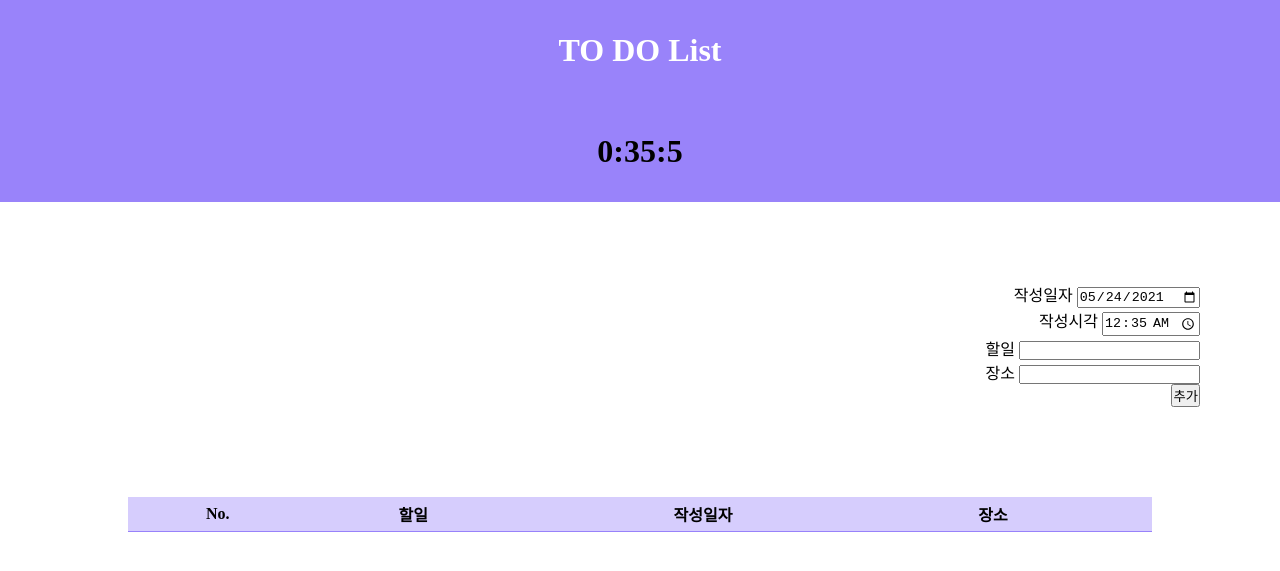
Repository: soyeon-noh/TodoList_Project
Page: http://localhost/Server_PR_TodoList/
These files come from the project's save history. The page is drawn as it stood at one moment and after the next save; the edit follows.
The browser window is 1280 px wide. The pictures show the whole page.
The page is served by Tomcat 9. Other server files are loaded and not shown. Queries for data that is not in the repository find no rows.

Above is the page before, as saved 2021-05-25 02:29:01.

### Server_PR_TodoList/src/main/webapp/WEB-INF/views/home.jsp
<%@ page language="java" contentType="text/html; charset=UTF-8"
    pageEncoding="UTF-8"%>
<%@ taglib uri="http://java.sun.com/jsp/jstl/core"
			prefix="c"%>
<c:set value="${pageContext.request.contextPath}"
		var="rootPath"/>
<!DOCTYPE html>
<html>
<head>
<meta charset="UTF-8">
<title>TODOList 메인화면</title>
<link href="${rootPath}/static/css/home.css?ver5" rel="stylesheet"/>

<style>

</style>


</head>
  <body>
  	<%@ include file="/WEB-INF/views/include_nav.jsp" %>
    <form class ="v1" method="POST">
    	<div>
    		<label for="date">작성일자</label>
    		<input name="td_date"
    				type="date" value="${TD.td_date}">
    	</div>

    	<div>
    		<label for="time">작성시각</label>
    		<input name="td_time"
    				type="time" value="${TD.td_time}">
    	</div>

    	<div>
    		<label for="todo">할일</label>
    		<input name="td_todo"
    				type="text" value="${TD.td_todo}">
    	</div>

    	<div>
    		<label for="place">장소</label>
    		<input name="td_place"
    				type="text" value="${TD.td_place}">
    	</div>
   		<button class="btn_insert">추가</button>
    </form>

    <table id="tdlist">
      <tr>
        <th>No.</th>
        <th>할일</th>
        <th>작성일자</th>
        <th>장소</th>
        <th></th>
      </tr>
      <c:forEach items="${TDLIST}" var="TD" varStatus="i">
        <tr>
          <td>${i.count}</td>
          <td>${TD.td_todo}</td>
          <td>${TD.td_date}</td>
          <td>${TD.td_place}</td>
          <td><button class="btn_update" data-seq="${TD.td_seq}" type="button">
          		수정</button>
          		<button class="btn_delete" data-seq="${TD.td_seq}" type="button">
          		삭제</button></td>
        </tr>
      </c:forEach>
    </table>
  </body>

  <script>
  // html 코드가 다 화면에 뜨고 나서 실행하라는 명렁
  // 아래 한 줄의 코드가 있어야 어디든디 script를 넣을 수 있다.
	document.addEventListener("DOMContentLoaded",function(){
		document.querySelector("table#tdlist")
		.addEventListener("click", function(ev){
			let className = ev.target.className

			if(className == "btn_delete"){

				let seq = ev.target.dataset.seq
				alert(seq + " 삭제가 완료되었습니다.");

				document
				.location
				.replace( "${rootPath}" +
						"/UD/delete?td_seq="
						+ seq )

			} else if(className == "btn_update"){

				let seq = ev.target.dataset.seq;

				document
				.location
				.href= "${rootPath}" +
						"/UD/update?td_seq="
						+ seq
			}

		})
	})
  </script>

</html>

### Server_PR_TodoList/src/main/webapp/WEB-INF/views/include_nav.jsp
<%@ page language="java" contentType="text/html; charset=UTF-8"
    pageEncoding="UTF-8"%>

<style>
	* {
		margin: 0;
		padding: 0;
		box-sizing: border-box;
	}

    h1.clock {
        color: black;
        text-align: center;
        background-color: rgba(153, 131, 250, 20);
        padding: 2rem;
    }

</style>
<h1>TO DO List</h1>
<h2 class="date"></h2>
<h1 class="clock"></h1>
<script>
	let date = document.querySelector(".date");

    function getDate(){
        const time = new Date();
        const year = time.getUTCFullYear();
        const month = time.getUTCMonth();
        const day = time.getUTCDay();
        date.textContent = year + "-" + month + "-" + day;
    }



	let clock = document.querySelector(".clock");

	function getTime() {
		  const time = new Date();
		  const hour = time.getHours();
		  const minutes = time.getMinutes();
		  const seconds = time.getSeconds();
		  clock.textContent = hour + ":" + minutes + ":" + seconds;


	}

	function init() {
	  setInterval(getTime, 1000);
	}

	init();
</script>

### Server_PR_TodoList/src/main/java/com/callor/todo/controller/HomeController.java
package com.callor.todo.controller;

import java.io.IOException;
import java.text.SimpleDateFormat;
import java.util.Date;
import java.util.List;

import javax.servlet.ServletException;
import javax.servlet.annotation.WebServlet;
import javax.servlet.http.HttpServlet;
import javax.servlet.http.HttpServletRequest;
import javax.servlet.http.HttpServletResponse;

import com.callor.todo.model.TodoListVO;
import com.callor.todo.service.TodoService;
import com.callor.todo.service.impl.TodoServiceImplV1;

@WebServlet("/")
public class HomeController extends HttpServlet{

	protected TodoService tdService;
	public HomeController() {
		tdService = new TodoServiceImplV1();
	}
	@Override
	protected void doGet(HttpServletRequest req, HttpServletResponse resp) throws ServletException, IOException {
		// TODO selectAll()
		List<TodoListVO> tdList = tdService.selectAll();
		req.setAttribute("TDLIST", tdList);

		// TODO insert()
		TodoListVO tdVO = new TodoListVO();

		// SimpleDateFormat : 날짜 및 시간을 형식화하고 구문 분석하는 메소드 제공
		SimpleDateFormat sd = new SimpleDateFormat("yyyy-MM-dd");
		SimpleDateFormat st = new SimpleDateFormat("HH:mm:ss");

		// 현재시간을 저장
		Date date = new Date(System.currentTimeMillis());

		// 현재 시간을 변환해 VO에 넣어준다
		tdVO.setTd_seq(0L);
		tdVO.setTd_date(sd.format(date));
		tdVO.setTd_time(st.format(date));

		req.setAttribute("TD", tdVO);

		// home.jsp 화면을 보여줘라
		RequestController.reqController(req, resp, "home");
	}
	@Override
	protected void doPost(HttpServletRequest req, HttpServletResponse resp) throws ServletException, IOException {
		// TODO insert()

		// 한글 인코딩 세팅
		req.setCharacterEncoding("UTF-8");

		// user가 입력한 data 확인
		String td_date = req.getParameter("td_date");
		String td_time = req.getParameter("td_time");
		String td_todo = req.getParameter("td_todo");
		String td_place = req.getParameter("td_place");

		TodoListVO tdVO = new TodoListVO();
		tdVO.setTd_date(td_date);
		tdVO.setTd_time(td_time);
		tdVO.setTd_todo(td_todo);
		tdVO.setTd_place(td_place);

		tdService.insert(tdVO);

		System.out.println("insert : " + tdVO);

		resp.sendRedirect("/todo");
	}

}

### Server_PR_TodoList/src/main/java/com/callor/todo/service/impl/TodoServiceImplV1.java
package com.callor.todo.service.impl;

import java.sql.Connection;
import java.sql.PreparedStatement;
import java.sql.ResultSet;
import java.sql.SQLException;
import java.util.ArrayList;
import java.util.List;

import com.callor.todo.config.DbInfo;
import com.callor.todo.config.MySQLConnection;
import com.callor.todo.model.TodoListVO;
import com.callor.todo.service.TodoService;

public class TodoServiceImplV1 implements TodoService{

	// 먼저 db와 연결
	protected Connection dbConn;

	public TodoServiceImplV1() {
		dbConn = MySQLConnection.getDBConnection();
	}


	protected List<TodoListVO> select(PreparedStatement pStr) throws SQLException{
		// TODO DB로부터 데이터를 받아와 List에 저장
		List<TodoListVO> tdList = new ArrayList<TodoListVO>();

		ResultSet rSet = pStr.executeQuery();
		while(rSet.next()) {
			TodoListVO tdVO = new TodoListVO();
			tdVO.setTd_seq(rSet.getLong(DbInfo.td_seq));
			tdVO.setTd_date(rSet.getString(DbInfo.td_date));
			tdVO.setTd_time(rSet.getString(DbInfo.td_time));
			tdVO.setTd_todo(rSet.getString(DbInfo.td_todo));
			tdVO.setTd_place(rSet.getString(DbInfo.td_place));
			tdList.add(tdVO);
		}

		// 데이터 확인
		System.out.println("select : " + tdList.toString());
		return tdList;
	}

	@Override
	public List<TodoListVO> selectAll() {
		// TODO List 전체 데이터 조회

		String sql = " SELECT * FROM tbl_todo_list ";
		sql += " ORDER BY td_date DESC, td_time DESC ";

		PreparedStatement pStr = null;

		try {
			pStr = dbConn.prepareStatement(sql);
			List<TodoListVO> tdList = this.select(pStr);
			pStr.close();

			System.out.println("selectAll : " + tdList.toString());
			return tdList;
		} catch (SQLException e) {
			// TODO Auto-generated catch block
			e.printStackTrace();
		}
		return null;
	}

	@Override
	public TodoListVO findById(Long seq) {
		// TODO 일련번호로 조회
		String sql = " SELECT * FROM tbl_todo_list ";
		sql += " WHERE td_seq = ? ";

		PreparedStatement pStr = null;

		try {
			pStr = dbConn.prepareStatement(sql);
			pStr.setLong(1, seq);

			List<TodoListVO> tdList = this.select(pStr);

			pStr.close();

			if(tdList != null && tdList.size() > 0) {
				return tdList.get(0);
			}


		} catch (SQLException e) {
			// TODO Auto-generated catch block
			e.printStackTrace();
		}
		return null;
	}

	@Override
	public List<TodoListVO> findByDate(String td_date) {
		// TODO 날짜로 조회
		String sql = " SELECT * FROM tbl_todo_list ";
		sql += " WHERE td_date = ? ";

		PreparedStatement pStr = null;

		try {
			pStr = dbConn.prepareStatement(sql);
			pStr.setString(1, td_date);

			List<TodoListVO> tdList = this.select(pStr);

			pStr.close();
			return tdList;

		} catch (SQLException e) {
			// TODO Auto-generated catch block
			e.printStackTrace();
		}
		return null;
	}

	@Override
	public List<TodoListVO> findByTodo(String td_todo) {
		// TODO 할일내용으로 조회
		return null;
	}

	@Override
	public List<TodoListVO> findByPlace(String td_place) {
		// TODO 장소로 조회
		return null;
	}

	@Override
	public Integer insert(TodoListVO tdVO) {
		// TODO 데이터 추가

		String sql = " INSERT INTO tbl_todo_list ";
		sql += " ( ";
		sql += " td_date, ";
		sql += " td_time, ";
		sql += " td_todo, ";
		sql += " td_place) ";
		sql += " VALUES( ?,?,?,? ) ";


		// SQL 구문을 실행시키는 객체
		PreparedStatement pStr = null;

		try {
			pStr = dbConn.prepareStatement(sql);
			pStr.setString(1, tdVO.getTd_date());
			pStr.setString(2, tdVO.getTd_time());
			pStr.setString(3, tdVO.getTd_todo());
			pStr.setString(4, tdVO.getTd_place());

			return pStr.executeUpdate();

		} catch (SQLException e) {
			// TODO Auto-generated catch block
			e.printStackTrace();
		}
		return null;
	}


	@Override
	public Integer update(TodoListVO tdVO) {
		// TODO 데이터 업데이트
		String sql = " UPDATE tbl_todo_list SET ";
		sql += " td_date = ?, ";
		sql += " td_time = ?, ";
		sql += " td_todo = ?, ";
		sql += " td_place = ? ";

		sql += " WHERE td_seq = ? ";

		PreparedStatement pStr = null;

		try {
			pStr = dbConn.prepareStatement(sql);
			pStr.setString(1, tdVO.getTd_date());
			pStr.setString(2, tdVO.getTd_time());
			pStr.setString(3, tdVO.getTd_todo());
			pStr.setString(4, tdVO.getTd_place());

			pStr.setLong(5, tdVO.getTd_seq());
			return pStr.executeUpdate();

		} catch (SQLException e) {
			// TODO Auto-generated catch block
			e.printStackTrace();
		}

		return null;
	}

	@Override
	public Integer delete(Long seq) {
		// TODO 데이터 삭제

		String sql = " DELETE FROM tbl_todo_list ";
		sql += "WHERE td_seq = ?";

		PreparedStatement pStr = null;

		try {
			pStr = dbConn.prepareStatement(sql);
			pStr.setLong(1, seq);
			return pStr.executeUpdate();

		} catch (SQLException e) {
			// TODO Auto-generated catch block
			e.printStackTrace();
		}
		return null;
	}
}

### Server_PR_TodoList/src/main/java/com/callor/todo/config/MySQLConnection.java
package com.callor.todo.config;

import java.sql.Connection;
import java.sql.DriverManager;
import java.sql.SQLException;

public class MySQLConnection {

	private static Connection dbConn;

	static {

		String jdbcDriver = "com.mysql.cj.jdbc.Driver";
		String url = "jdbc:mysql://localhost:3306/todolist";
		String username = "tdUser";
		String password = "12345";

		try {
			Class.forName(jdbcDriver);
			if(dbConn == null) {
				dbConn = DriverManager.getConnection(url, username, password);
			}
			System.out.println("MySQL 접속 성공!!");
		} catch (ClassNotFoundException e) {
			System.out.println("MySQL Driver 를 찾을 수 없음");
		} catch (SQLException e) {
			System.out.println("MySQL DBMS 연결 실패");
		}
	}

	public static Connection getDBConnection() {
		return dbConn;
	}

}

### Server_PR_TodoList/src/main/java/com/callor/todo/model/TodoListVO.java
package com.callor.todo.model;

import lombok.AllArgsConstructor;
import lombok.Getter;
import lombok.NoArgsConstructor;
import lombok.Setter;
import lombok.ToString;

@Getter
@Setter
@ToString
@NoArgsConstructor
@AllArgsConstructor
public class TodoListVO {

	private Long td_seq;	//BIGINT
    private String td_date;	//VARCHAR(20)
    private String td_time;	//VARCHAR(20)
	private String td_todo;	//VARCHAR(200)
    private String td_place;	//VARCHAR(125)
}

### Server_PR_TodoList/src/main/java/com/callor/todo/controller/RequestController.java
package com.callor.todo.controller;

import java.io.IOException;

import javax.servlet.ServletException;
import javax.servlet.http.HttpServlet;
import javax.servlet.http.HttpServletRequest;
import javax.servlet.http.HttpServletResponse;

public class RequestController extends HttpServlet{

	public static void reqController (HttpServletRequest req,
			HttpServletResponse resp, String file) throws ServletException, IOException {

		String root = "/WEB-INF/views/" + file + ".jsp";

		req.getRequestDispatcher(root)
		.forward(req, resp);


	}

}

### Server_PR_TodoList/src/main/webapp/static/css/home.css
@charset "UTF-8";

/* 여백 초기화 */
* {
	margin: 0;
	padding: 0;
	box-sizing: border-box;
}

h1 {
	color: white;
	text-align: center;
	background-color: rgba(153,131,250,1);
	padding: 2rem;

}

form.v1 {
	text-align: right;
	padding: 5rem;

}

table {
	border-collapse: collapse;
	width: 80%;
	margin: 10px auto;
}

td, th {
	border-bottom: 1px solid #9882FA;
	padding: 5px;
	text-align: center;
}

th {
	background-color: rgba(153,131,250,0.4);
}

After the next save:
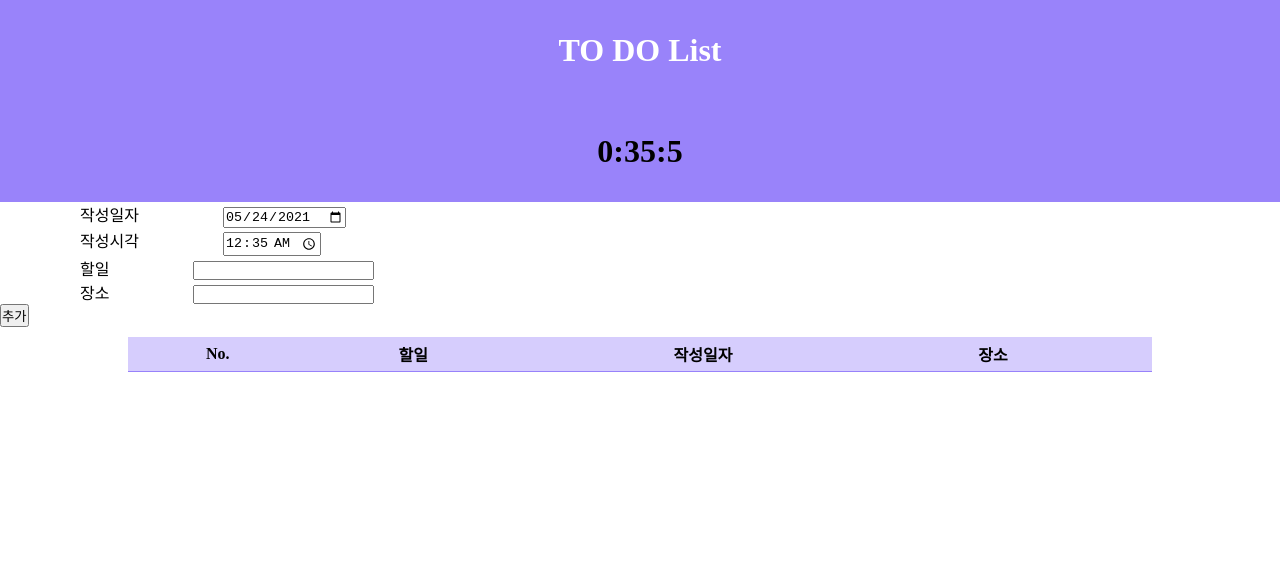
Saved 43 s later.
--- a/Server_PR_TodoList/src/main/webapp/static/css/home.css
+++ b/Server_PR_TodoList/src/main/webapp/static/css/home.css
@@ -15,7 +15,7 @@ h1 {
 
 }
 
-form.v1 {
+form.v1 label {
 	text-align: right;
 	padding: 5rem;
 
